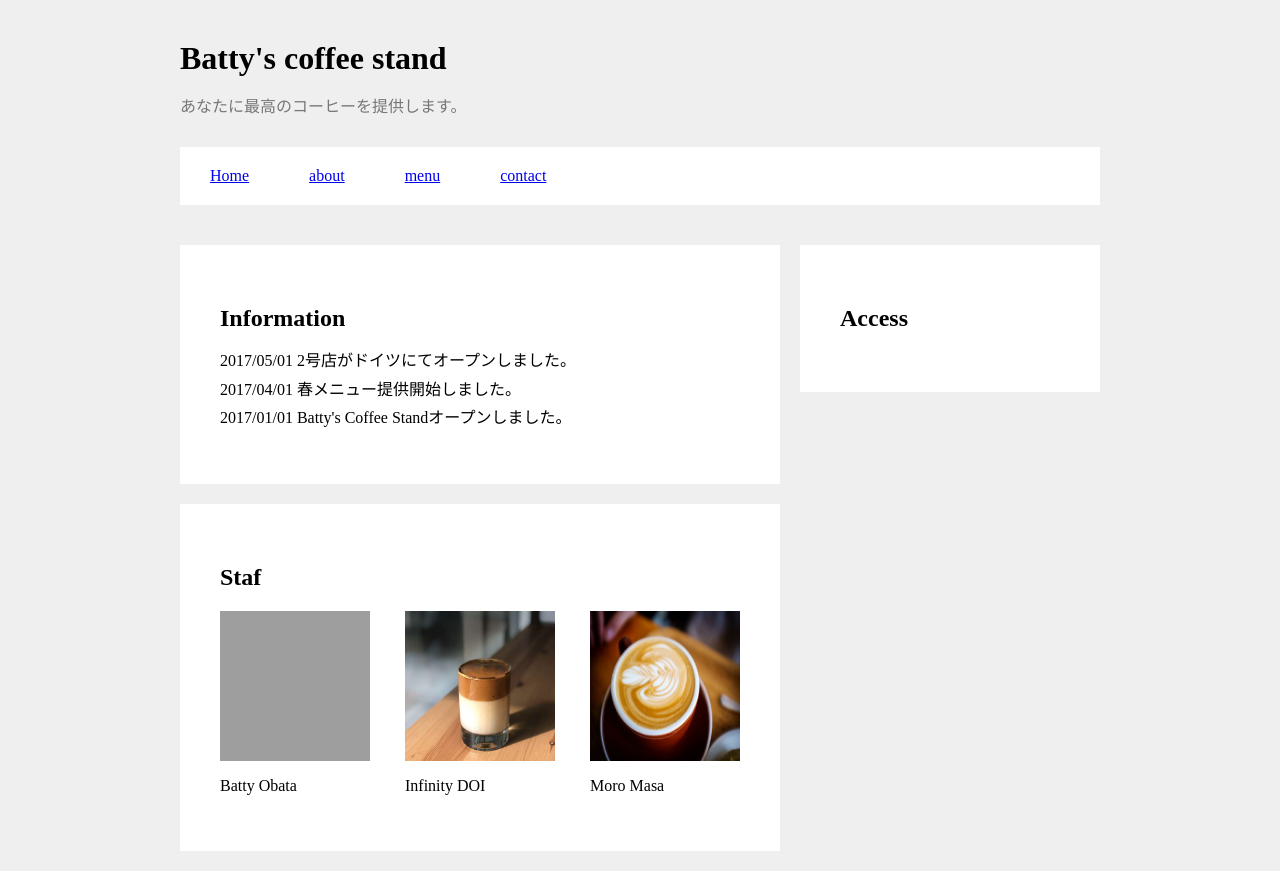
Repository: ayainokuchi/php_practice
Page: html/batty_coffee_stand/index.html
The author's editor kept a record of every edit. The page is drawn from the files as they stood at one moment, then again after the next edit.
The browser window is 1280 px wide. The pictures show the whole page.
Pictures or frames that could not be fetched are drawn as grey boxes.

Above is the page before.

After the next edit:
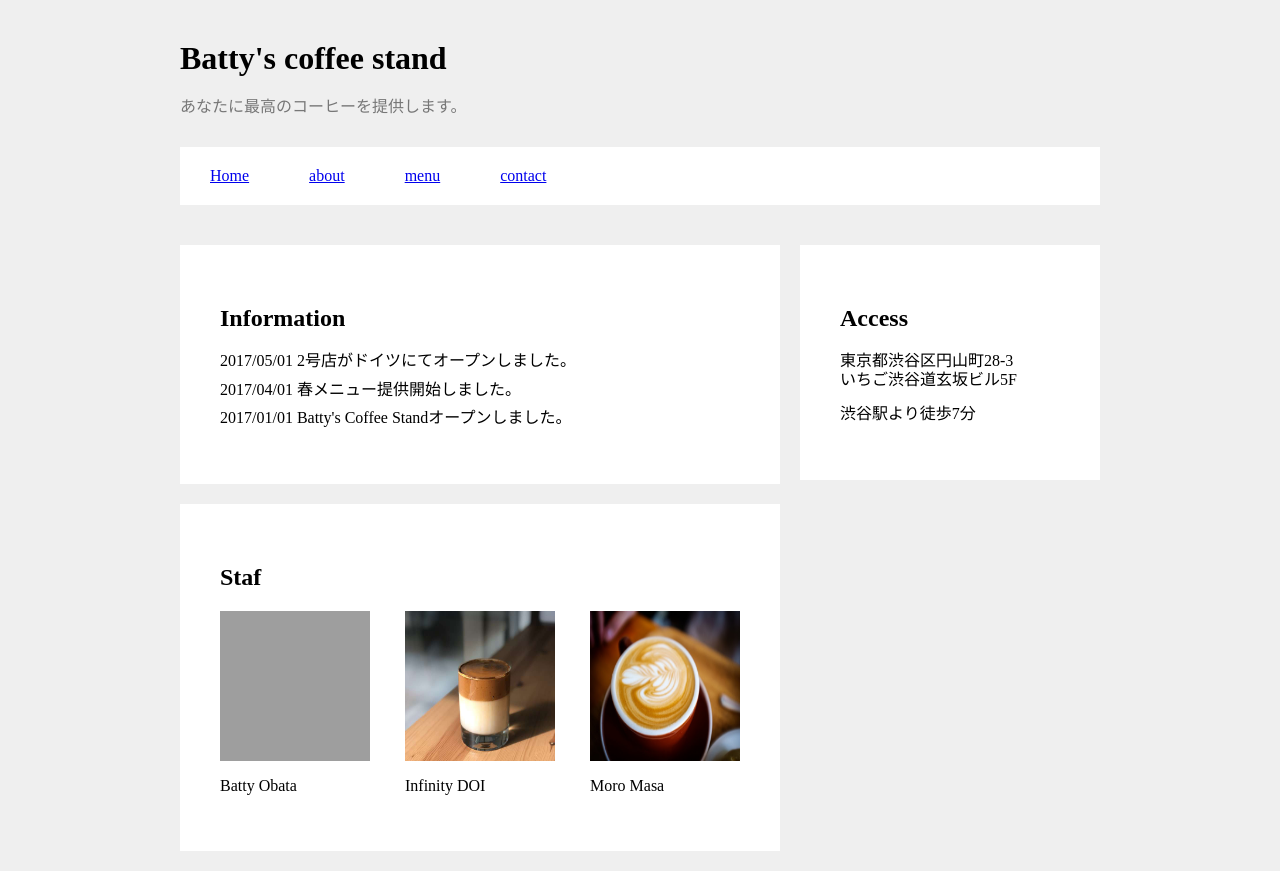
The edit:
--- a/html/batty_coffee_stand/index.html
+++ b/html/batty_coffee_stand/index.html
@@ -54,6 +54,8 @@
             <div class="right-contents">
             <div class="card-contents">
                 <h2 class="text-title">Access</h2>
+                <p>東京都渋谷区円山町28-3<br>いちご渋谷道玄坂ビル5F</p>
+                <p>渋谷駅より徒歩7分</p>
             </div>
             </div>
 
